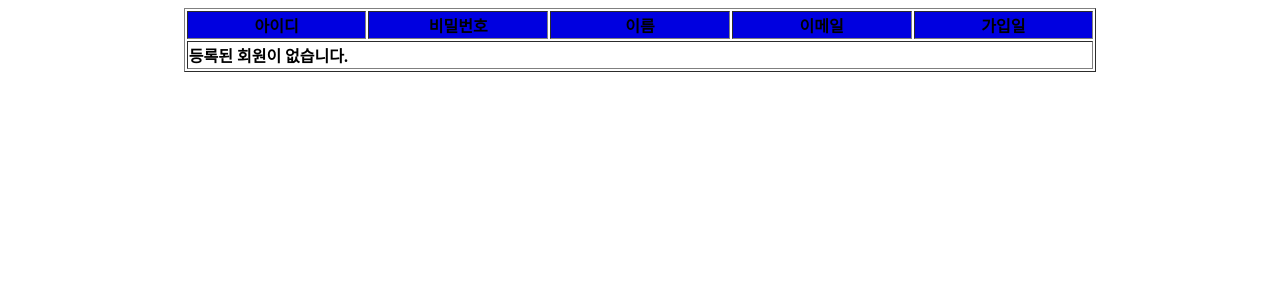
Repository: yw-son/yw-son
Page: http://localhost/pro14/test06/member_action.jsp
An editor plug-in stored every save of this project. The page is shown before and after the next save, followed by the edit.
The browser window is 1280 px wide. The pictures show the whole page.
The page is served by Tomcat 9. Other server files are loaded and not shown. Queries for data that is not in the repository find no rows.

Above is the page before, as saved 2023-06-16 06:34:38.

### pro14/src/main/webapp/test06/member_action.jsp
<%@ page language="java" contentType="text/html; charset=UTF-8"
     import=" java.util.*,sec02.ex01.*"
    pageEncoding="UTF-8"
    isELIgnored="false" %>
<%@ taglib prefix="fmt" uri="http://java.sun.com/jsp/jstl/fmt" %>
<%@ taglib prefix="c" uri="http://java.sun.com/jsp/jstl/core" %>
<%
  request.setCharacterEncoding("UTF-8");
%>
<html>
<head>
<meta charset="TF-8">
<jsp:useBean  id="m" class="sec02.ex01.MemberBean" />
<jsp:setProperty name="m" property="*"  />
<%
   MemberDAO memDAO=new MemberDAO();
   memDAO.addMember(m);
   List membersList =memDAO.listMembers();
   request.setAttribute("membersList", membersList);
%>
</head>
<body>
<jsp:forward  page="membersList.jsp" />
</body>
</html>

### pro14/src/main/webapp/test06/membersList.jsp
<%@ page language="java" contentType="text/html; charset=UTF-8"
    pageEncoding="UTF-8"%>
<!DOCTYPE html>
<html>
<head>
<meta charset="UTF-8">
<title>Insert title here</title>
</head>
<body>
	<table align="center" border="1">
		<tr align="center" bgcolor="lightgreen}">
		<td width="7%"><b>아이디</b></td>
		<td width="7%"><b>비밀번호</b></td>
		<td width="7%"><b>이름</b></td>
		<td width="7%"><b>이메일</b></td>
		<td width="7%"><b>가입일</b></td>
		</tr>
		<c:choose>
			<c:when test="%{membersList == null}">
				<tr>
				<td colspan="5">
				<b>등록된 회원이 없습니다.</b>
				</td>
				</tr>
			</c:when>
			<c:when test="${membersList != null }>

			</c:when>
		</c:choose>
	</table>
</body>
</html>

### pro14/src/main/java/sec02/ex01/MemberBean.java
package sec02.ex01;

import java.sql.Date;

public class MemberBean {
	private String id;
	private String pwd;
	private String name;
	private String email;
	private Date joinDate;


	public MemberBean() {

	}


	public MemberBean(String id, String pwd, String name, String email) {
		this.id = id;
		this.pwd = pwd;
		this.name = name;
		this.email = email;
	}


	public String getId() {
		return id;
	}


	public void setId(String id) {
		this.id = id;
	}


	public String getPwd() {
		return pwd;
	}


	public void setPwd(String pwd) {
		this.pwd = pwd;
	}


	public String getName() {
		return name;
	}


	public void setName(String name) {
		this.name = name;
	}


	public String getEmail() {
		return email;
	}


	public void setEmail(String email) {
		this.email = email;
	}


	public Date getJoinDate() {
		return joinDate;
	}


	public void setJoinDate(Date joinDate) {
		this.joinDate = joinDate;
	}
}

### pro14/src/main/java/sec02/ex01/MemberDAO.java
package sec02.ex01;

import java.sql.Connection;
import java.sql.Date;
import java.sql.PreparedStatement;
import java.sql.ResultSet;
import java.sql.Statement;
import java.util.ArrayList;
import java.util.List;

import javax.naming.Context;
import javax.naming.InitialContext;
import javax.sql.DataSource;

public class MemberDAO {
	private Connection con;
	private PreparedStatement pstmt;
	private DataSource dataFactory;

	public MemberDAO() {
		try {
			Context ctx = new InitialContext();
			Context envContext = (Context) ctx.lookup("java:/comp/env");
			dataFactory = (DataSource) envContext.lookup("jdbc/oracle");
		} catch (Exception e) {
			e.printStackTrace();
		}
	}

	public List listMembers() {
		List list = new ArrayList();
		try {
			con = dataFactory.getConnection();
			String query = "select * from t_member order by joinDate desc ";
			System.out.println("prepareStatememt: " + query);
			pstmt = con.prepareStatement(query);
			ResultSet rs = pstmt.executeQuery();
			while (rs.next()) {
				String id = rs.getString("id");
				String pwd = rs.getString("pwd");
				String name = rs.getString("name");
				String email = rs.getString("email");
				Date joinDate = rs.getDate("joinDate");
				MemberBean vo = new MemberBean();
				vo.setId(id);
				vo.setPwd(pwd);
				vo.setName(name);
				vo.setEmail(email);
				vo.setJoinDate(joinDate);
				list.add(vo);
			}
			rs.close();
			pstmt.close();
			con.close();
		} catch (Exception e) {
			e.printStackTrace();
		}
		return list;
	}

	public void addMember(MemberBean memberBean) {
		try {
			Connection con = dataFactory.getConnection();
			String id = memberBean.getId();
			String pwd = memberBean.getPwd();
			String name = memberBean.getName();
			String email = memberBean.getEmail();
			String query = "insert into t_member";
			query += " (id,pwd,name,email)";
			query += " values(?,?,?,?)";
			System.out.println("prepareStatememt: " + query);
			pstmt = con.prepareStatement(query);
			pstmt.setString(1, id);
			pstmt.setString(2, pwd);
			pstmt.setString(3, name);
			pstmt.setString(4, email);
			pstmt.executeUpdate();
			pstmt.close();
		} catch (Exception e) {
			e.printStackTrace();
		}
	}
}

After the next save:
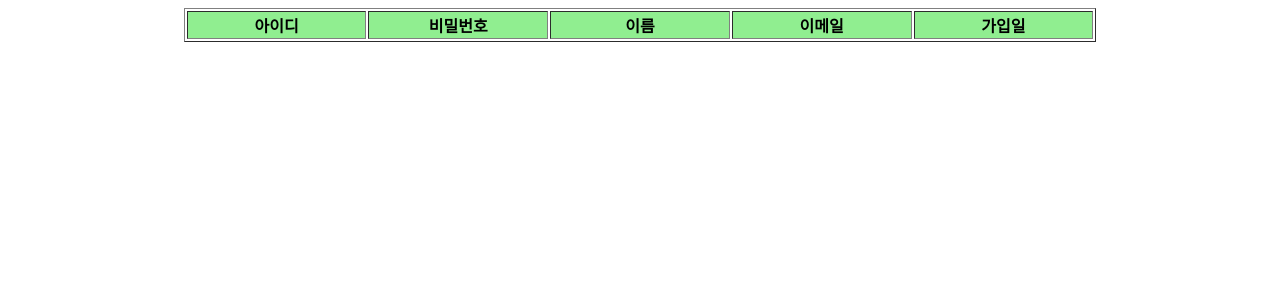
Saved 11 s later.
--- a/pro14/src/main/webapp/test06/membersList.jsp
+++ b/pro14/src/main/webapp/test06/membersList.jsp
@@ -1,32 +1,49 @@
 <%@ page language="java" contentType="text/html; charset=UTF-8"
-    pageEncoding="UTF-8"%>
-<!DOCTYPE html>
+     import="java.util.*, sec02.ex01.*"
+    pageEncoding="UTF-8"
+    isELIgnored="false" %>
+<%@ taglib prefix="fmt" uri="http://java.sun.com/jsp/jstl/fmt" %>
+<%@ taglib prefix="c" uri="http://java.sun.com/jsp/jstl/core" %>
+<%
+  request.setCharacterEncoding("UTF-8");
+%>
 <html>
 <head>
-<meta charset="UTF-8">
-<title>Insert title here</title>
+<meta charset=”UTF-8">
+<title>회원 정보 출력창</title>
 </head>
 <body>
-	<table align="center" border="1">
-		<tr align="center" bgcolor="lightgreen}">
-		<td width="7%"><b>아이디</b></td>
-		<td width="7%"><b>비밀번호</b></td>
-		<td width="7%"><b>이름</b></td>
-		<td width="7%"><b>이메일</b></td>
-		<td width="7%"><b>가입일</b></td>
-		</tr>
-		<c:choose>
-			<c:when test="%{membersList == null}">
-				<tr>
-				<td colspan="5">
-				<b>등록된 회원이 없습니다.</b>
-				</td>
-				</tr>
-			</c:when>
-			<c:when test="${membersList != null }>
-
-			</c:when>
-		</c:choose>
-	</table>
+<table align="center" border=”1” align="center" >
+   <tr align="center" bgcolor="lightgreen" >
+      <td width="7%" ><b>아이디</b></td>
+      <td width="7%" ><b>비밀번호</b></td>
+      <td width="7%" ><b>이름</b></td>
+      <td width="7%"><b>이메일</b></td>
+      <td width="7%" ><b>가입일</b></td>
+   </tr>
+<c:choose>
+<%--
+ ArrayList list =request.getAttribute("membersList");
+--%>
+<c:when test="${ membersList==null}" >
+   <tr>
+    <td colspan=5>
+      <b>등록된 회원이 없습니다.</b>
+    </td>
+  </tr>
+</c:when>
+<c:when test="${membersList!= null}" >
+  <c:forEach  var="mem" items="${membersList }" >
+   <tr align="center">
+     <td>${mem.id }</td>
+     <td>${mem.pwd}</td>
+     <td>${mem.name}</td>
+     <td>${mem.email}</td>
+     <td>${mem.joinDate}</td>
+   </tr>
+   </c:forEach>
+</c:when>
+</c:choose>
+</table>
 </body>
 </html>
